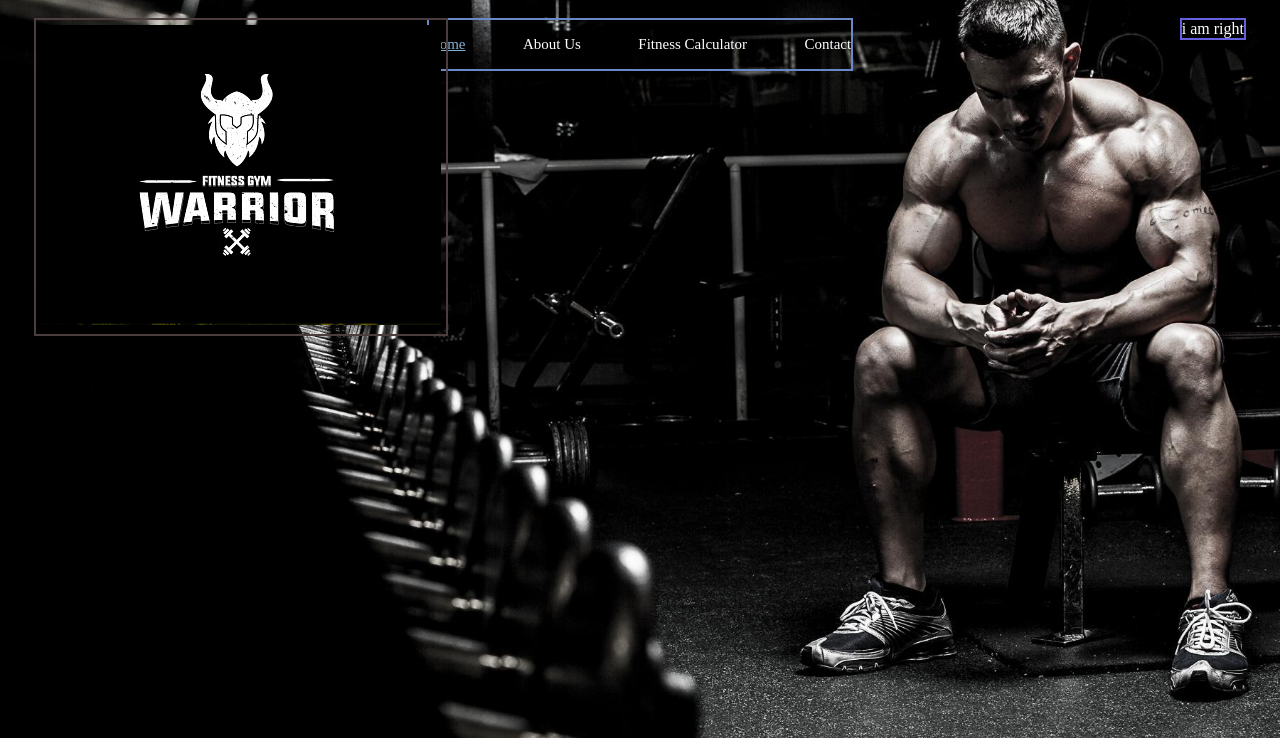
Repository: asthaasquare/project-1
Page: project-1/index.html
These files come from the project's save history. The page is drawn as it stood at one moment and after the next save; the edit follows.
The browser window is 1280 px wide. The pictures show the whole page.

Above is the page before, as saved 2024-05-09 11:11:14.

After the next save:
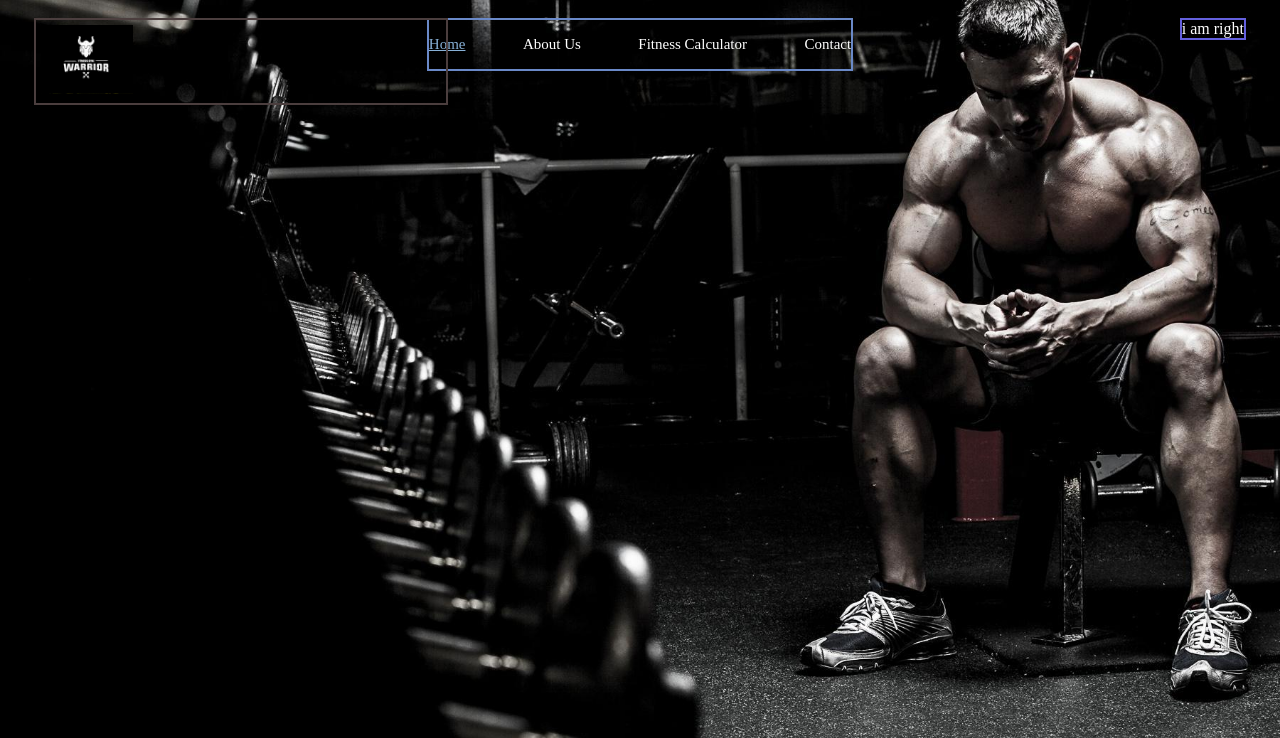
Saved 4 s later.
--- a/project-1/index.html
+++ b/project-1/index.html
@@ -25,7 +25,7 @@
       }
 
       .left img {
-        width: 23% Ensure the image doesn't exceed the container width */
+        width: 23%; Ensure the image doesn't exceed the container width */
         height: auto; /* Maintain aspect ratio */
       }
 
